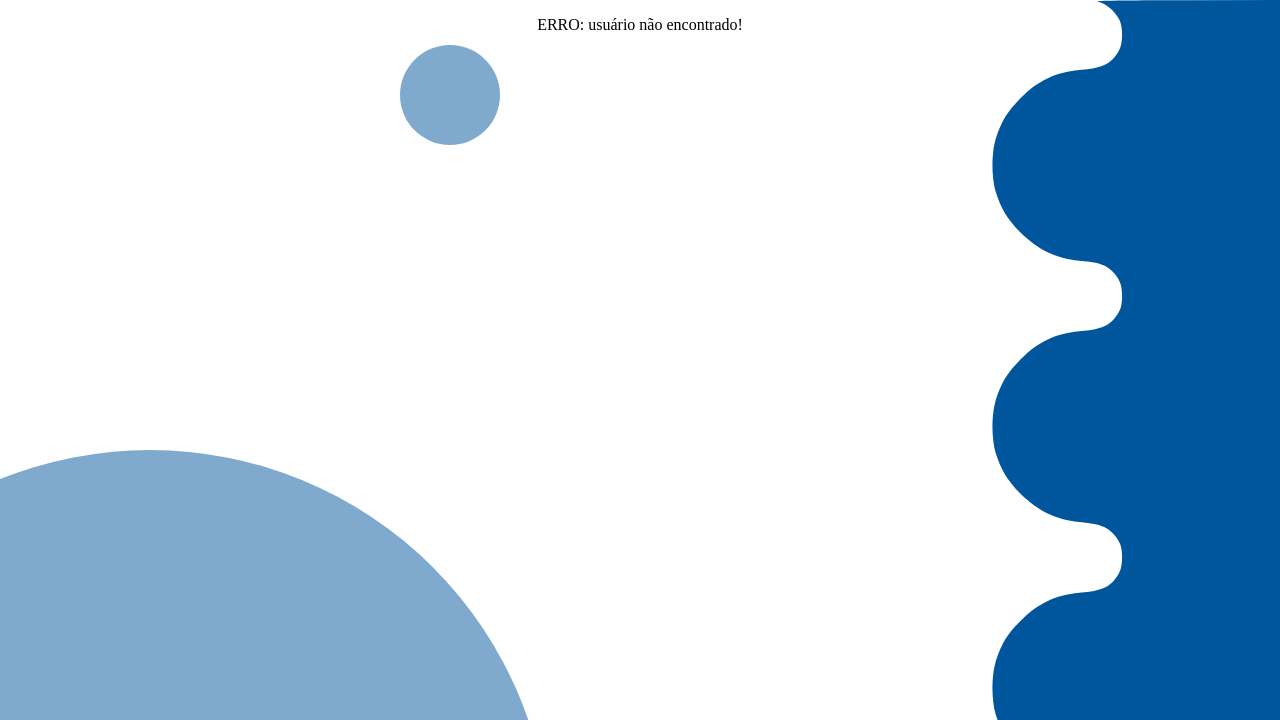
Repository: ArtMainardi/projeto-ctw-front
Page: usuario/usuario.html
These files come from the project's save history. The page is drawn as it stood at one moment and after a run of saves; the edit follows.
The browser window is 1280 px wide. The pictures show the whole page.
The page's requests for data from a server got no answer.

Above is the page before, as saved 2026-06-15 18:22:25.

### usuario/usuario.html
<!DOCTYPE html>
<html lang="pt-br">
<head>
    <meta charset="UTF-8">
    <meta name="viewport" content="width=device-width, initial-scale=1.0">
    <title>Projeto CTW+</title>
    <link rel="stylesheet" href="/index.css">
    <link rel="stylesheet" href="/style.css">
    <link rel="stylesheet" href="usuario.css">
</head>
<body>

    <div class="bolas">
        <div class="bola" id="bola1"></div>
        <div class="bola" id="bola2"></div>
        <div class="bola" id="bola3"></div>
        <div class="bola" id="bola4"></div>
    </div>

    <div class="container-barras-laterais">
        <img src="/images/efeito-lateral.svg" alt="Efeito lateral da página principal" id="barra-lateral1">
        <img src="/images/efeito-lateral.svg" alt="Efeito lateral da página principal" id="barra-lateral2">
    </div>

    <main id="error-main">
        <p id="feedback-message"></p>
    </main>

    <main id="main" style="display: none;">
        <h1>Perfil do Usuário</h1>
        <p id="nome-usuario"></p>
        <p id="cpf-usuario"></p>
        <p id="email-usuario"></p>
        <p id="nascimento-usuario"></p>

        <button id="logout-button" onclick=logout()>Desconectar da conta</button>

        <div class="menu">
            <li class="adm-feature" style="display: none;"><a href="../gerenciar-usuarios/gerenciarUsuarios.html">Gerenciar Usuários</a></li>
            <li><a href="">Materias</a></li>
            <li><a href="../tela-inicial/telaInicial.html">Notícias</a></li>
            <li><a href="">Cardapio</a></li>
            <li><a href="">Ranqueamento</a></li>
            <li><a href="">Usuário</a></li>
        </div>
    </main>

    <script src="./usuario-script.js"></script>
    <script src="../userVerification-script.js"></script>
</body>
</html>

### index.css
main{
    height: 100%;
    display: flex;
    flex-direction: column;
    align-items: center;
}

.logo-ctw{
    margin-top: 15%;
}

.bolha{
    width: 400px;
}

.botao{
    margin-top: 5%;
}

#barra-lateral1 {
    position: fixed;
    left: 0;
}

#barra-lateral2 {
    position: fixed;
    right: 0;
    transform: scale(-1);
}

### style.css
*{
    box-sizing: border-box;
}

body {
    margin: 0;
}

:root{
    --corM: #00569D;
    --corBolha: #D9D9D9;
    --corCampo: #AEAEAE;
    --corBotaoOFF: #929292;
    --corBotaoON: #757575;
}

@font-face{
    src: url(fonts/Inter-VariableFont_opsz\,wght.ttf);
    font-family: "fontM";
}

.bolha{
    border-radius: 34px;
    padding: 10px 25px;
    background-color: var(--corBolha);
    display: flex;
    flex-direction: column;
}

.titulo{
    font-family: fontM;
    margin: 2px;
}

.campo{
    font-family: fontM;
    padding: 1% 5%;
    border: none;
    border-radius: 10px;
    background-color: var(--corCampo);
    margin: 2px;
}

.botao{
    font-family: fontM;
    border: none;
    padding: 1% 5%;
    border-radius: 34px;
    text-align: center;
    background-color: var(--corBotaoOFF);
    margin: 2px;
    height: 30px;
}

.botao:hover{
    font-weight: bold;
    background-color: var(--corBotaoON);
}

.botao:active{
    font-weight: bold;
    border: 2px inset var(--corBotaoOFF);
    font-size: 0.8em;
}

.texto{
    font-family: fontM;
    text-align: center;
    padding: 0;
}

.logo-ctw{
    zoom: 55%;
    margin: 20px;
}

.bola{
    background-color: var(--corM);
    border-radius: 50%;
    opacity: 50%;
    position: fixed;
}


#bola1{
    height: 100px;
    width: 100px;
    top: 45px;
    left: 400px;
}

#bola2{
    height: 800px;
    width: 800px;
    top: 450px;
    left: -250px;
}

#bola3{
    height: 200px;
    width: 200px;
    top: -65px;
    left: 1300px;
}

#bola4{
    height: 700px;
    width: 700px;
    top: 350px;
    left: 1400px;
}

### usuario/usuario.css
body {
    margin: 0;
    padding: 0;
}

#barra-lateral1 {
    visibility: hidden;
}

### usuario/usuario-script.js
window.addEventListener("load", async function() {
    console.log("AAAA");
    // Definindo as variáveis dos elementos do HTML:
    const nome = document.getElementById("nome-usuario");
    const cpf = document.getElementById("cpf-usuario");
    const email = document.getElementById("email-usuario");
    const nascimento = document.getElementById("nascimento-usuario");

    // Buscando o usuário no banco de dados:
    const API = await fetch(`http://localhost:8055/${tipoUsuario}/${usuarioId}`, {
        method: "GET"
    });
    const usuario = await API.json();

    // Colocando os dados do usuário nos elementos:
    nome.innerHTML = "Nome: " + usuario[`nome_${tipoUsuario}`];
    cpf.innerHTML = "CPF: " + usuario[`cpf_${tipoUsuario}`];
    email.innerHTML = "Email: " + usuario[`email_${tipoUsuario}`];
    nascimento.innerHTML = "Data de Nascimento: " + usuario[`data_nascimento_${tipoUsuario}`];
});

function logout(){
    localStorage.setItem("usuarioId", null);
    localStorage.setItem("tipoUsuario", null);

    window.location.replace("../index.html");
}

### userVerification-script.js
// Pegando dados salvos localmente:
const usuarioId = localStorage.getItem("usuarioId");
const tipoUsuario = localStorage.getItem("tipoUsuario");

// Verificando usuário salvo para então mostrar a página:
window.addEventListener("load", async function() {
    const main = document.getElementById("main");
    const errorMain = document.getElementById("error-main");
    const feedback = document.getElementById("feedback-message");

    feedback.innerHTML = "Carregando...";

    // Verificando se existe o usuário com o ID salvo:
    if(tipoUsuario == "professor"){ // Procurando na lista de professores:
        const API = await fetch(`http://localhost:8055/professor/${usuarioId}`, {
            method: "GET"
        });

        if(API.ok){
            usuario = await API.json();
            if(usuario.adm){ // Verificando se não é ADM, para liberar as funções de ADM
                const admElements = document.querySelectorAll(".adm-feature");
                admElements.forEach(element => {
                    element.style.display = "block";
                });
            }
            main.style.display = "block";
            errorMain.style.display = "none";
        }
    } else if(tipoUsuario == "aluno"){ // Procurando na lista de alunos:
        const API = await fetch(`http://localhost:8055/aluno/${usuarioId}`, {
            method: "GET"
        });

        if(API.ok){
            if(window.location.pathname.includes("/gerenciar")){
                feedback.innerHTML = "ERRO: esse usuário não tem permissão para acessar essa página!";
            } else{
                main.style.display = "block";
                errorMain.style.display = "none";
            }
        } else{ // Mostrando erro se não encontrar o usuário:
            feedback.innerHTML = "ERRO: usuário não encontrado!";
        }
    } else{ // Mostrando erro se não encontrar o usuário:
        feedback.innerHTML = "ERRO: usuário não encontrado!";
    }
});

After the next 2 saves:
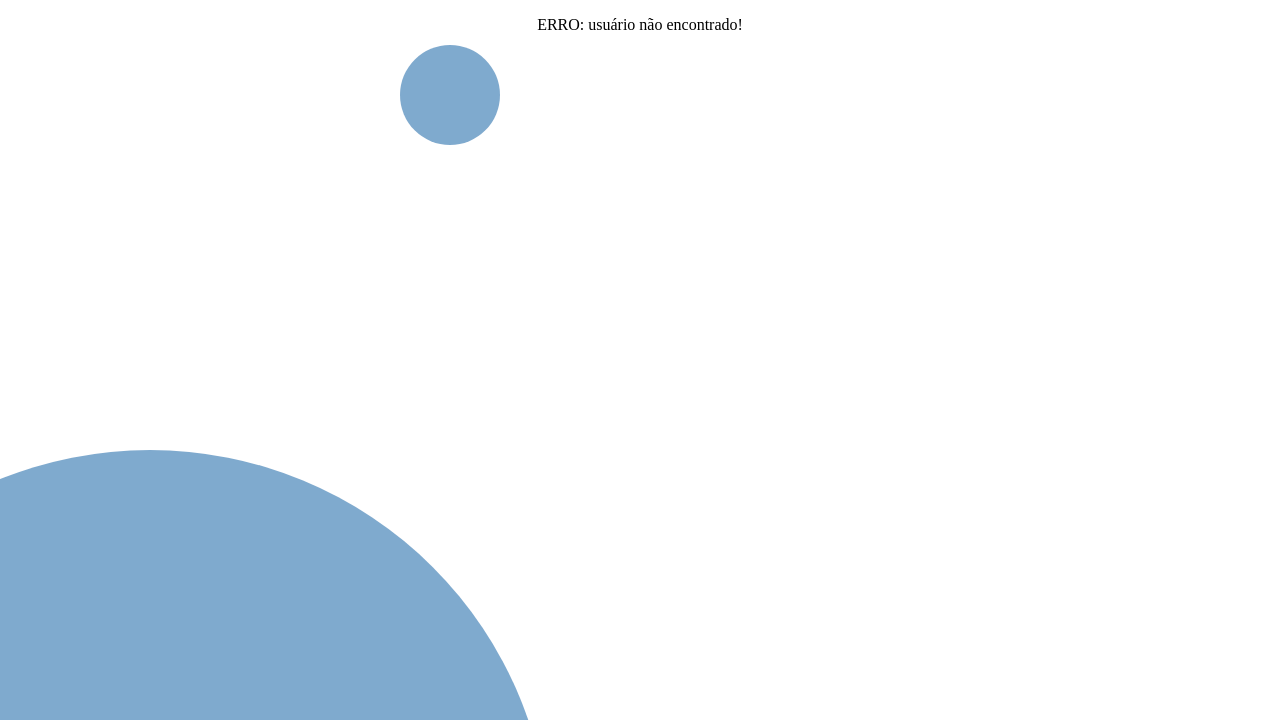
The 2 saves are shown as one change because they came seconds apart.
The last was saved 7 s later.
--- a/usuario/usuario.css
+++ b/usuario/usuario.css
@@ -6,3 +6,7 @@ body {
 #barra-lateral1 {
     visibility: hidden;
 }
+
+#barra-lateral2 {
+    visibility: hidden;
+}
